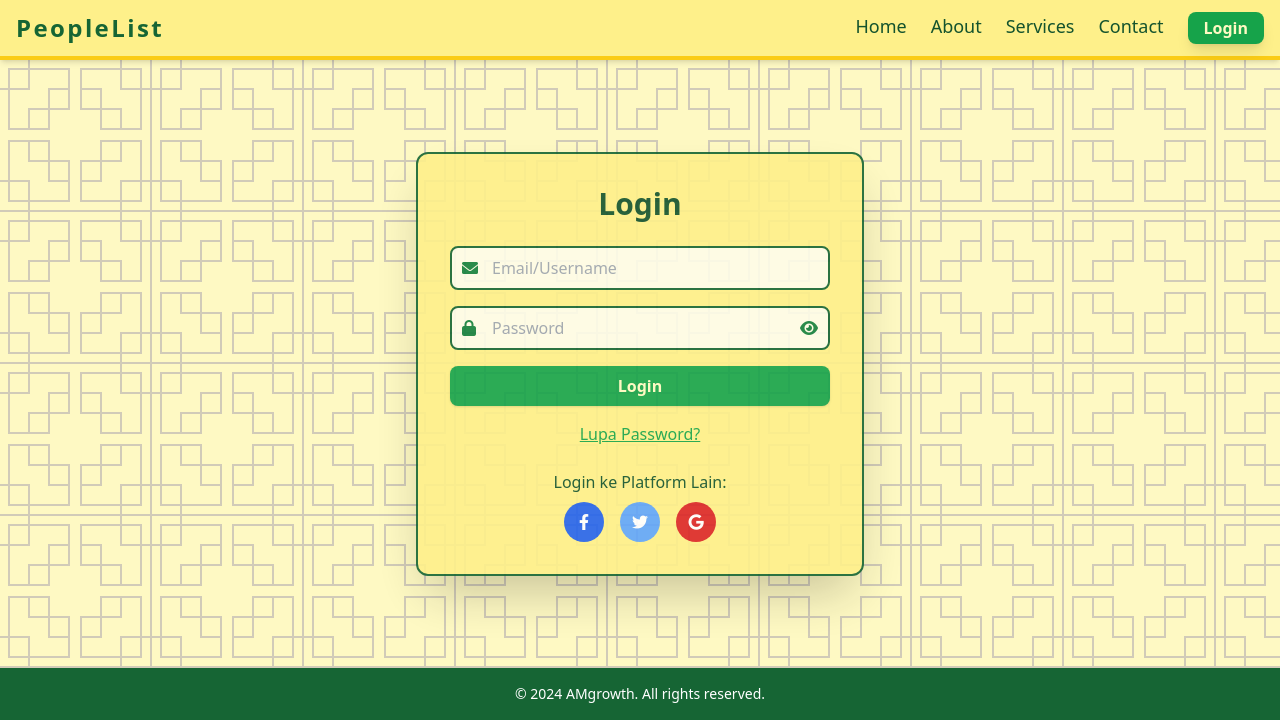
Repository: ArievfRahman-Dev/Mini-Project-II
Page: /login (app in miniproject2/)
The author's editor kept a copy of each file at every save. The page is drawn from the files as they stood at one save, then again after the next save.
The browser window is 1280 px wide. The pictures show the whole page.
The project was rebuilt for these pictures with package versions that can differ from the ones it lists, and the page was loaded fresh each time. Also part of the build but not shown: miniproject2/vite.config.js, miniproject2/src/pages/HomePage/index.jsx, miniproject2/src/pages/DetailUser/index.jsx, miniproject2/src/pages/RegisterPages/index.jsx, miniproject2/src/routes/ProtectedRoute.jsx.

Above is the page before, as saved 2024-12-24 09:18:49.

### miniproject2/index.html
<!DOCTYPE html>
<html lang="en">
  <head>
    <meta charset="UTF-8" />
    <link rel="icon" type="image/svg+xml" href="/vite.svg" />
    <meta name="viewport" content="width=device-width, initial-scale=1.0" />
    <title>Vite + React</title>
    <link
      href="https://cdnjs.cloudflare.com/ajax/libs/font-awesome/6.0.0-beta3/css/all.min.css"
      rel="stylesheet"
    />

    <link
      href="https://fonts.googleapis.com/css2?family=Roboto:wght@400;500;700&display=swap"
      rel="stylesheet"
    />
    <link
      href="https://cdn.jsdelivr.net/npm/remixicon/fonts/remixicon.css"
      rel="stylesheet"
    />
  </head>
  <body>
    <div id="root"></div>
    <script type="module" src="/src/main.jsx"></script>
  </body>
</html>

### miniproject2/src/App.jsx
import { BrowserRouter, Routes, Route } from "react-router-dom";
import { HomePage } from "./pages/HomePage";
import { DetailUser } from "./pages/DetailUser";
import { LoginPage } from "./pages/LoginPage";
import { RegisterPage } from "./pages/RegisterPages";
import { ProtectedRoute } from "./routes/ProtectedRoute";

export const App = () => {
  return (
    <div>
      <BrowserRouter>
        <Routes>
          <Route path="/" element={<HomePage />} />
          <Route
            path="/detail/:id"
            element={
              <ProtectedRoute>
                <DetailUser />
              </ProtectedRoute>
            }
          />
          <Route path="/login" element={<LoginPage />} />
          <Route path="/regist" element={<RegisterPage />} />
        </Routes>
      </BrowserRouter>
    </div>
  );
};

### miniproject2/src/pages/LoginPage/index.jsx
import axios from "axios";
import { useState } from "react";
import { useNavigate } from "react-router-dom";
import { Navbar } from "../../components/Navbar";
import { Footer } from "../../components/Footer";
import { Link } from "react-router-dom";
export const LoginPage = () => {
  const [form, setForm] = useState({
    email: "",
    password: "",
  });
  const [error, setError] = useState("");
  const [success, setSuccess] = useState("");
  const [loading, setLoading] = useState(false);

  const navigate = useNavigate();

  const handleChange = (e) => {
    setForm({
      ...form,
      [e.target.name]: e.target.value,
    });
  };

  const handleLogin = async (e) => {
    e.preventDefault();
    setLoading(true);
    try {
      const res = await axios.post("https://reqres.in/api/login", form);
      localStorage.setItem("access_token", res.data.token);
      setError("");
      setSuccess("Login Success");
      setTimeout(() => {
        navigate("/");
      }, 2000);
      console.log(res);
    } catch (error) {
      console.log(error.response);
      setError(error.response.data.error);
    } finally {
      setLoading(false);
    }
  };

  return (
    <div className="flex flex-col min-h-screen bg-yellow-100 ">
      <Navbar />
      <div className="flex items-center justify-center flex-1 p-4 bg-[url('data:[embedded picture, 899 characters]')]">
        <div className="w-full max-w-md p-8 bg-yellow-200 border-2 border-green-800 shadow-2xl opacity-90 rounded-xl">
          <h1 className="mb-6 text-3xl font-bold text-center text-green-900 retro-font">
            Login
          </h1>

          <form>
            <div className="mb-4 relative">
              <input
                placeholder="Email/Username"
                type="email"
                name="email"
                onChange={handleChange}
                className="w-full px-10 py-2 text-green-900 border-2 border-green-800 rounded-lg focus:outline-none focus:ring-2 focus:ring-yellow-400 bg-yellow-50"
              />
              <span className="absolute inset-y-0 left-3 flex items-center text-green-700">
                <i className="fas fa-envelope"></i>
              </span>
            </div>

            <div className="mb-4 relative">
              <input
                id="password"
                placeholder="Password"
                type="password"
                name="password"
                onChange={handleChange}
                className="w-full px-10 py-2 text-green-900 border-2 border-green-800 rounded-lg focus:outline-none focus:ring-2 focus:ring-yellow-400 bg-yellow-50"
              />
              <span className="absolute inset-y-0 left-3 flex items-center text-green-700">
                <i className="fas fa-lock"></i>
              </span>
              <span
                id="togglePassword"
                className="absolute inset-y-0 right-3 flex items-center text-green-700 cursor-pointer"
              >
                <i id="eyeIcon" className="fas fa-eye"></i>
              </span>
            </div>

            {error && <p className="mb-4 text-sm text-red-500">{error}</p>}
            {success && (
              <p className="mb-4 text-sm text-green-500">{success}</p>
            )}
            <button
              disabled={loading}
              onClick={handleLogin}
              className={`w-full px-4 py-2 font-semibold text-yellow-100 rounded-lg shadow retro-font ${
                loading
                  ? "bg-yellow-400 cursor-not-allowed"
                  : "bg-green-600 hover:bg-green-800"
              } focus:outline-none focus:ring-2 focus:ring-green-400 focus:ring-offset-1`}
              type="submit"
            >
              {loading ? "Loading..." : "Login"}
            </button>
          </form>

          <div className="mt-4 text-center">
            <Link
              to={`/forgot-password`}
              className="text-green-600 underline hover:text-green-800 retro-font"
            >
              Lupa Password?
            </Link>
          </div>

          <div className="mt-6 text-center">
            <p className="text-green-900">Login ke Platform Lain:</p>
            <div className="flex justify-center space-x-4 mt-2">
              <button className="w-10 h-10 bg-blue-600 text-white rounded-full flex items-center justify-center hover:bg-blue-800">
                <i className="fab fa-facebook-f"></i>
              </button>
              <button className="w-10 h-10 bg-blue-400 text-white rounded-full flex items-center justify-center hover:bg-blue-600">
                <i className="fab fa-twitter"></i>
              </button>
              <button className="w-10 h-10 bg-red-600 text-white rounded-full flex items-center justify-center hover:bg-red-800">
                <i className="fab fa-google"></i>
              </button>
            </div>
          </div>
        </div>
      </div>

      <Footer />
    </div>
  );
};

### miniproject2/src/components/Navbar/index.jsx
import { Link, useNavigate } from "react-router-dom";
import { useState } from "react";

export const Navbar = () => {
  const navigate = useNavigate();
  const token = localStorage.getItem("access_token");
  const [isMenuOpen, setIsMenuOpen] = useState(false);
  const [activeLink, setActiveLink] = useState("");

  const handleLogout = () => {
    localStorage.clear();
    setTimeout(() => {
      navigate("/login");
    }, 1000);
  };

  const toggleMenu = () => {
    setIsMenuOpen((prevState) => !prevState);
  };

  const closeMenu = () => {
    setIsMenuOpen(false);
  };

  const handleLinkClick = (sectionId) => {
    setActiveLink(sectionId);
    closeMenu();
  };

  return (
    <nav className="sticky top-0 z-50 bg-yellow-200 border-b-4 border-yellow-400 shadow-md">
      <div className="container mx-auto px-4 py-3 flex justify-between items-center">
        <Link
          to="/"
          className="text-2xl font-bold text-green-800 retro-font tracking-widest"
        >
          PeopleList
        </Link>

        <div className="hidden md:flex space-x-6">
          <Link
            to="/"
            className={`text-green-900 hover:text-yellow-700 font-medium text-lg ${
              activeLink === "home" ? "text-yellow-700" : ""
            }`}
            onClick={() => handleLinkClick("home")}
          >
            Home
          </Link>
          <Link
            to="/"
            className={`text-green-900 hover:text-yellow-700 font-medium text-lg ${
              activeLink === "about" ? "text-yellow-700" : ""
            }`}
            onClick={() => handleLinkClick("about")}
          >
            About
          </Link>
          <Link
            to="/"
            className={`text-green-900 hover:text-yellow-700 font-medium text-lg ${
              activeLink === "services" ? "text-yellow-700" : ""
            }`}
            onClick={() => handleLinkClick("services")}
          >
            Services
          </Link>
          <Link
            to="/"
            className={`text-green-900 hover:text-yellow-700 font-medium text-lg ${
              activeLink === "contact" ? "text-yellow-700" : ""
            }`}
            onClick={() => handleLinkClick("contact")}
          >
            Contact
          </Link>
          {token ? (
            <button
              className="px-4 py-1 font-semibold text-yellow-100 transition-colors bg-gray-500 rounded-lg hover:bg-gray-600 retro-font shadow-lg"
              onClick={handleLogout}
            >
              Logout
            </button>
          ) : (
            <Link
              to="/login"
              className="px-4 py-1 font-semibold text-yellow-100 transition-colors bg-green-600 rounded-lg hover:bg-green-800 retro-font shadow-lg"
            >
              Login
            </Link>
          )}
        </div>
        <div className="md:hidden" onClick={toggleMenu}>
          <i className={isMenuOpen ? "ri-close-line" : "ri-menu-line"}></i>
        </div>
      </div>
      {isMenuOpen && (
        <div className="md:hidden flex flex-row justify-between mx-4 items-center py-3 bg-yellow-200">
          <Link
            to="/"
            className={`text-green-900 hover:text-yellow-700 font-medium text-lg py-2 ${
              activeLink === "home" ? "text-yellow-700" : ""
            }`}
            onClick={() => handleLinkClick("home")}
          >
            Home
          </Link>
          <Link
            to="/"
            className={`text-green-900 hover:text-yellow-700 font-medium text-lg py-2 ${
              activeLink === "about" ? "text-yellow-700" : ""
            }`}
            onClick={() => handleLinkClick("about")}
          >
            About
          </Link>
          <Link
            to="/"
            className={`text-green-900 hover:text-yellow-700 font-medium text-lg py-2 ${
              activeLink === "services" ? "text-yellow-700" : ""
            }`}
            onClick={() => handleLinkClick("services")}
          >
            Services
          </Link>
          <Link
            to="/"
            className={`text-green-900 hover:text-yellow-700 font-medium text-lg py-2 ${
              activeLink === "contact" ? "text-yellow-700" : ""
            }`}
            onClick={() => handleLinkClick("contact")}
          >
            Contact
          </Link>
          {token ? (
            <button
              className="px-4 py-2 font-semibold text-yellow-100 bg-gray-500 rounded-lg hover:bg-gray-600 retro-font shadow-lg mt-2"
              onClick={handleLogout}
            >
              Logout
            </button>
          ) : (
            <Link
              to="/login"
              className="px-4 py-2 font-semibold text-yellow-100 bg-green-600 rounded-lg hover:bg-green-800 retro-font shadow-lg mt-2"
              onClick={closeMenu}
            >
              Login
            </Link>
          )}
        </div>
      )}
    </nav>
  );
};

### miniproject2/src/components/Footer/index.jsx
export const Footer = () => {
  return (
    <div className="bg-green-800 text-white py-4">
      <div className="container mx-auto text-center">
        <p className="text-sm">
          &copy; {new Date().getFullYear()} AMgrowth. All rights reserved.
        </p>
      </div>
    </div>
  );
};

Loaded but not shown: miniproject2/src/main.jsx (common file); miniproject2/src/index.css (common file); miniproject2/tailwind.config.js (common file)

After the next save:
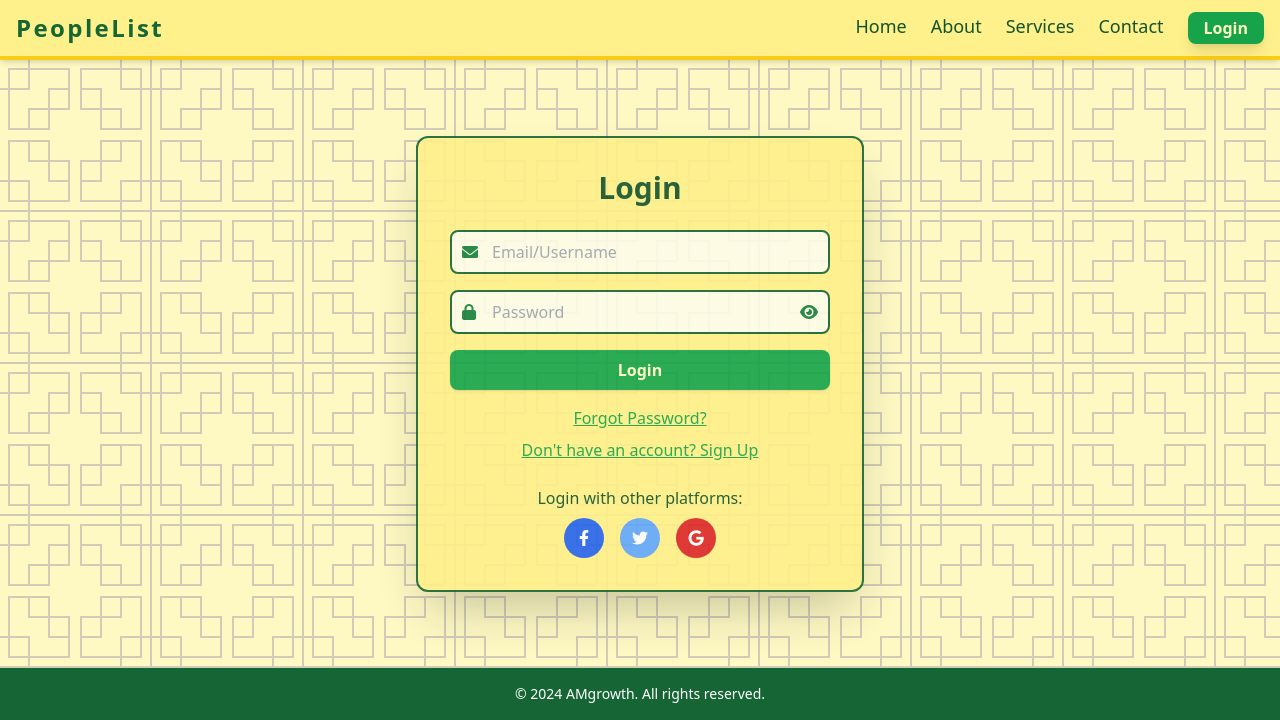
Saved 105 s later.
--- a/miniproject2/src/pages/LoginPage/index.jsx
+++ b/miniproject2/src/pages/LoginPage/index.jsx
@@ -108,12 +108,21 @@ export const LoginPage = () => {
               to={`/forgot-password`}
               className="text-green-600 underline hover:text-green-800 retro-font"
             >
-              Lupa Password?
+              Forgot Password?
+            </Link>
+          </div>
+
+          <div className="mt-2 text-center">
+            <Link
+              to={`/sign-up`}
+              className="text-green-600 underline hover:text-green-800 retro-font"
+            >
+              Don't have an account? Sign Up
             </Link>
           </div>
 
           <div className="mt-6 text-center">
-            <p className="text-green-900">Login ke Platform Lain:</p>
+            <p className="text-green-900">Login with other platforms:</p>
             <div className="flex justify-center space-x-4 mt-2">
               <button className="w-10 h-10 bg-blue-600 text-white rounded-full flex items-center justify-center hover:bg-blue-800">
                 <i className="fab fa-facebook-f"></i>
